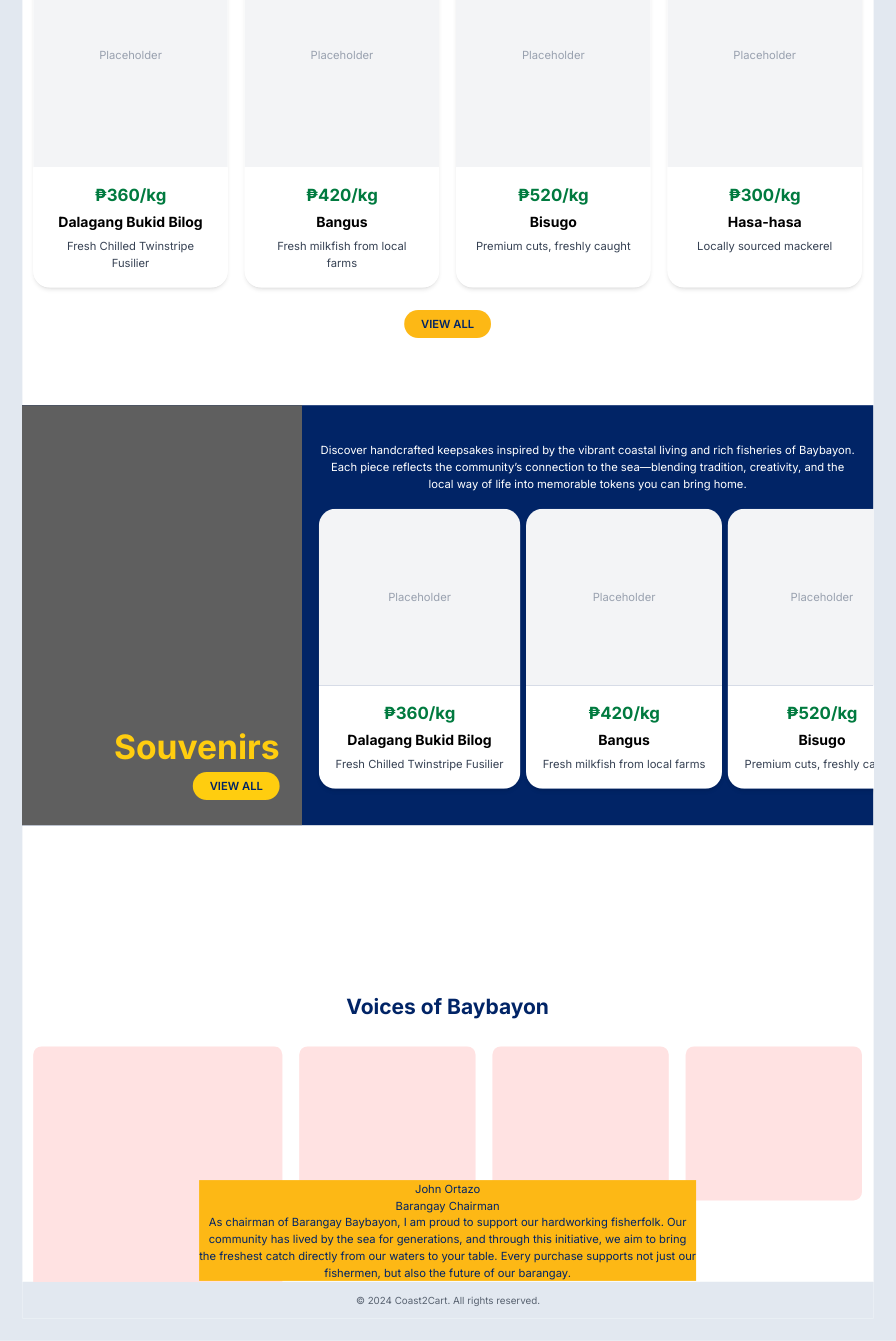
Repository: Coast2Card/coast2cart-frontend
Page: /
An editor plug-in stored every save of this project. The page is shown before and after the next save, followed by the edit.
The browser window is 1280 px wide. The pictures show the part of the page from y = 2288 to 4208 px (the page is 4204 px tall before and 4208 px after), at 70% of full size.
Pictures or frames that could not be fetched are drawn as grey boxes. An inner scrolling area shows only its first screen. The project was rebuilt for these pictures with package versions that can differ from the ones it lists, and the page was loaded fresh each time. Also part of the build but not shown: vite.config.js, src/pages/Seafood.jsx, src/pages/Souvenirs.jsx, src/pages/About.jsx, src/pages/Cart.jsx, src/pages/Profile.jsx, src/pages/Colors.jsx.

Above is the page before, as saved 2025-09-13 23:10:20.

After the next save:
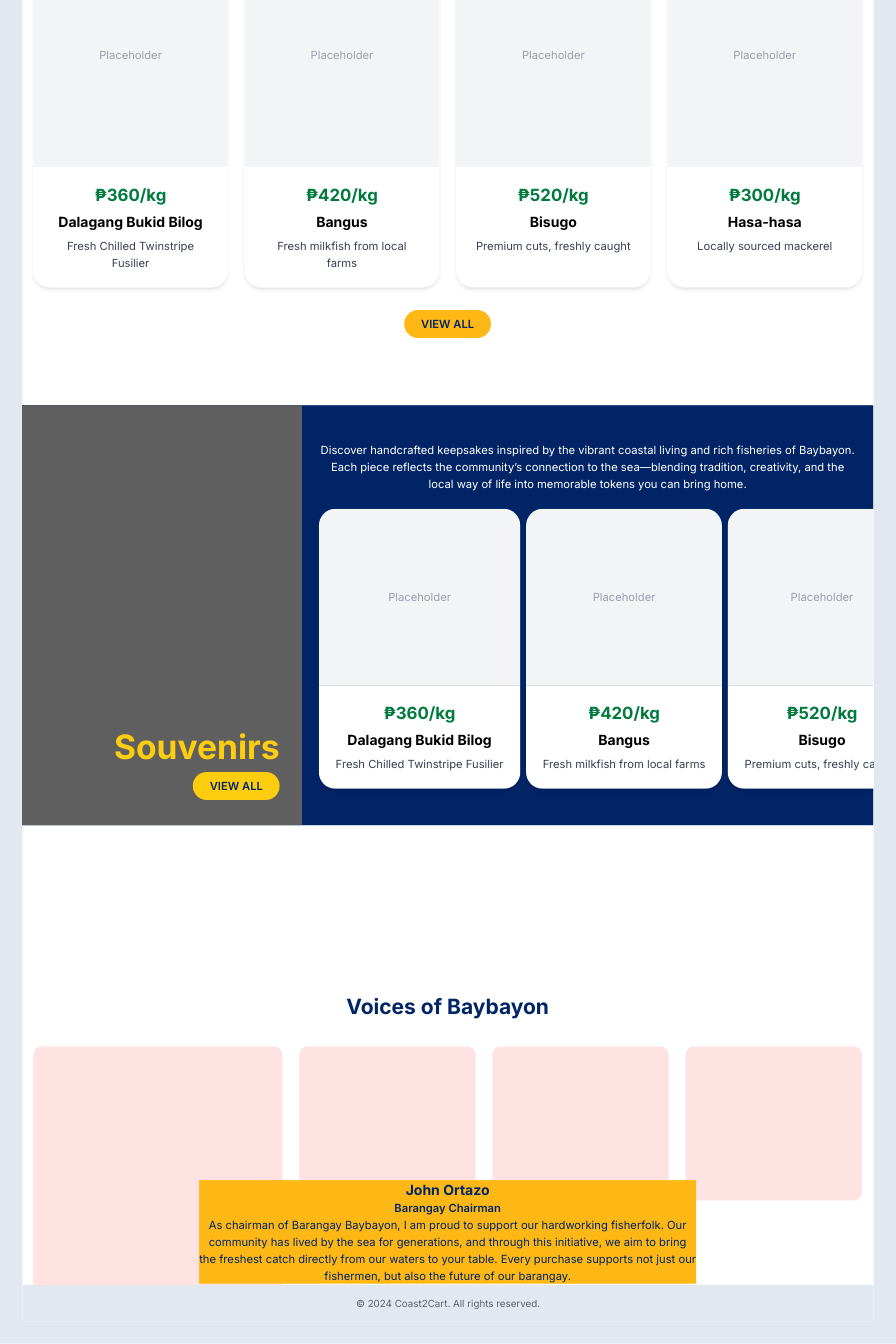
Saved 26 s later.
--- a/src/pages/Home.jsx
+++ b/src/pages/Home.jsx
@@ -88,8 +88,8 @@ const Home = () => {
             <div className="col-span-8 bg-red-100 rounded-xl h-[55%]"></div>
           </div>
           <div className="flex-flex-col gap-2 bg-secondary text-primary mx-auto w-[60%]  mt-[-19%]">
-            <h2>John Ortazo</h2>
-            <p>Barangay Chairman</p>
+            <h2 className="font-bold text-xl">John Ortazo</h2>
+            <p className="font-semibold">Barangay Chairman</p>
             <p className="">
               As chairman of Barangay Baybayon, I am proud to support our
               hardworking fisherfolk. Our community has lived by the sea for
